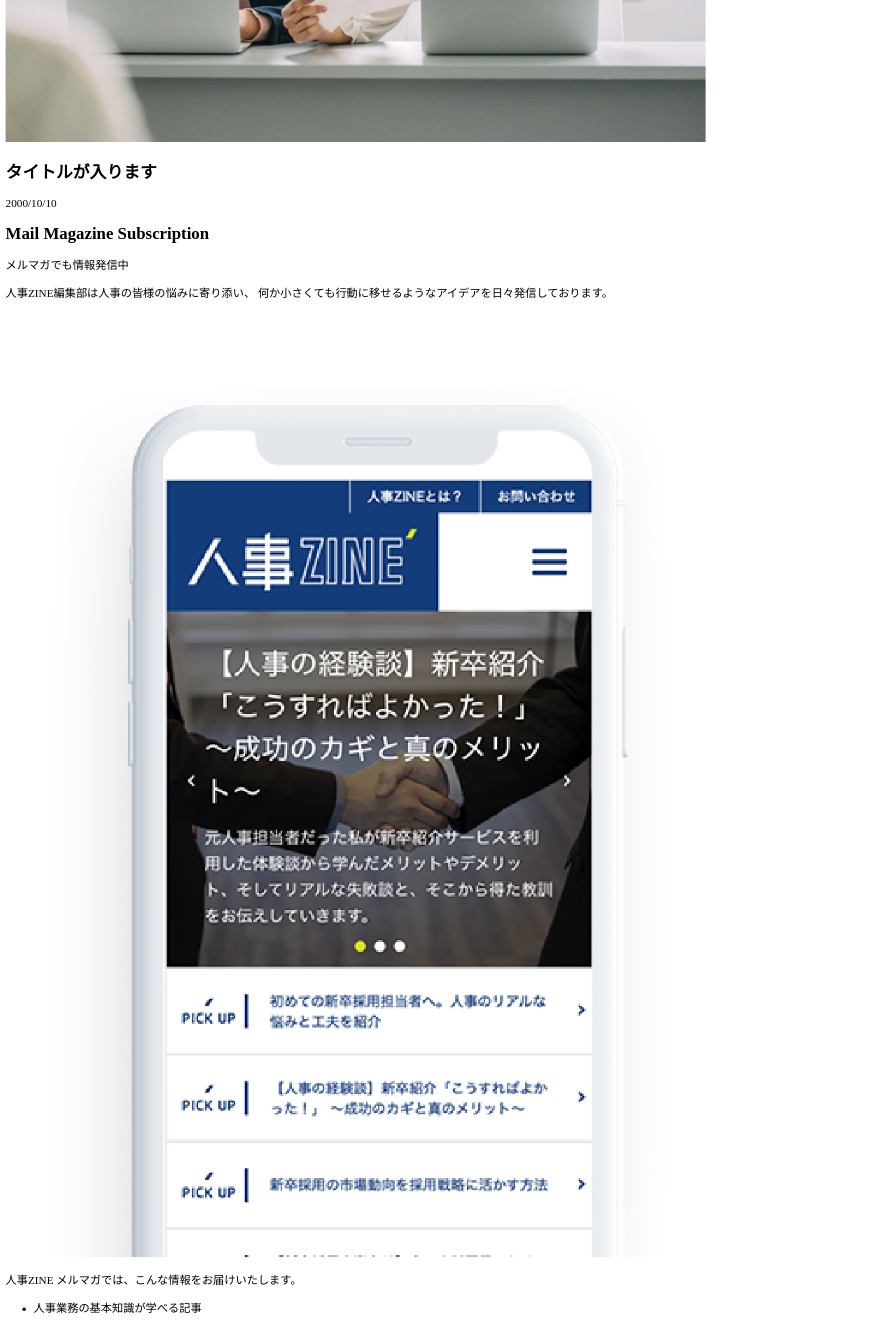
Repository: daisukey623/WpPractice
Page: index.html
An editor plug-in stored every save of this project. The page is shown before and after a run of saves, followed by the edit.
The browser window is 1280 px wide. The pictures show the part of the page from y = 1687 to 3607 px (the page is 3583 px tall before and 3607 px after), at 70% of full size.

Above is the page before, as saved 2021-09-21 21:56:07.

After the next 2 saves:
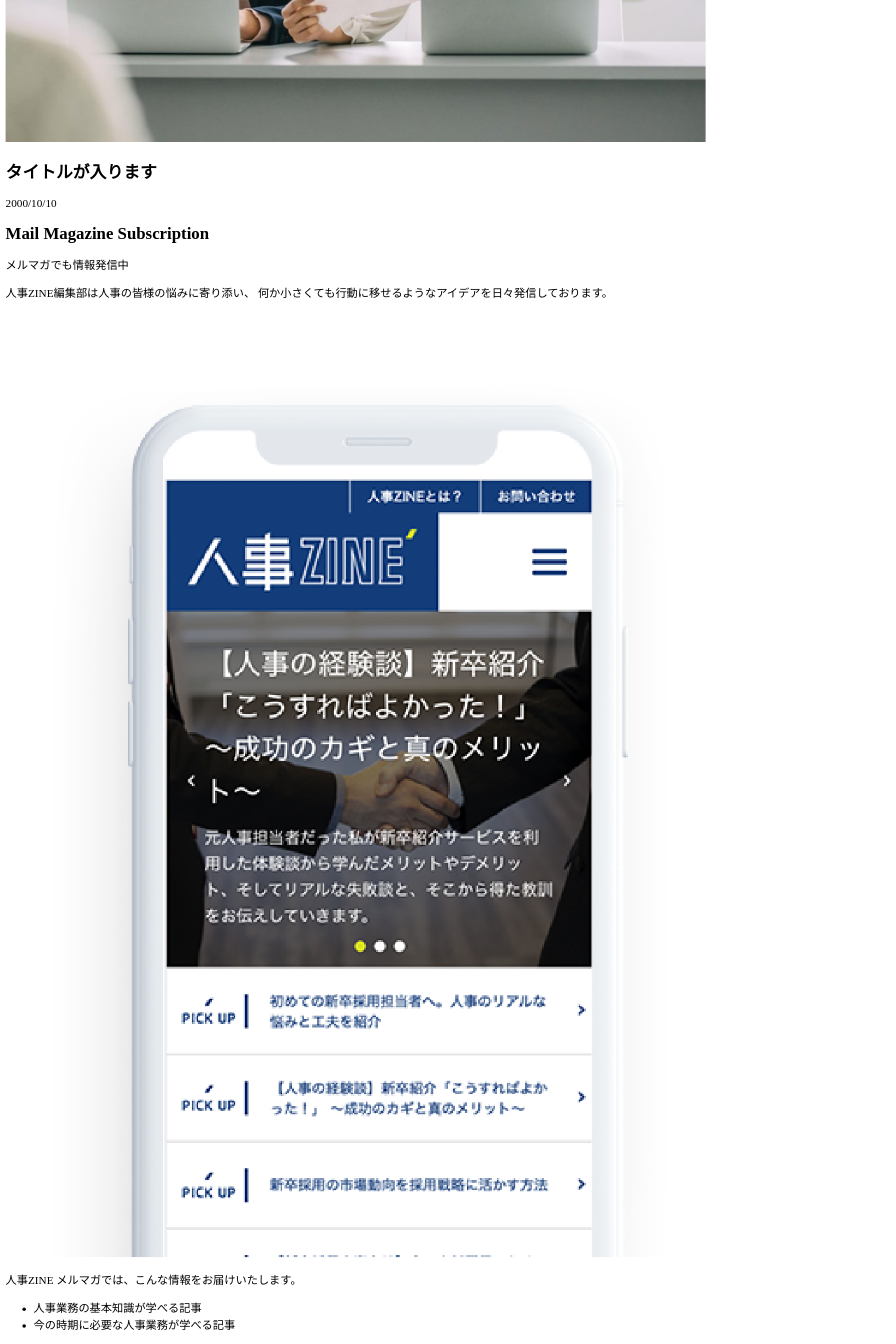
The 2 saves are shown as one change because they came seconds apart.
The last was saved 12 s later.
--- a/index.html
+++ b/index.html
@@ -62,6 +62,7 @@
         </p>
         <ul>
           <li>人事業務の基本知識が学べる記事</li>
+          <li>今の時期に必要な人事業務が学べる記事</li>
         </ul>
       </div>
     </footer>
